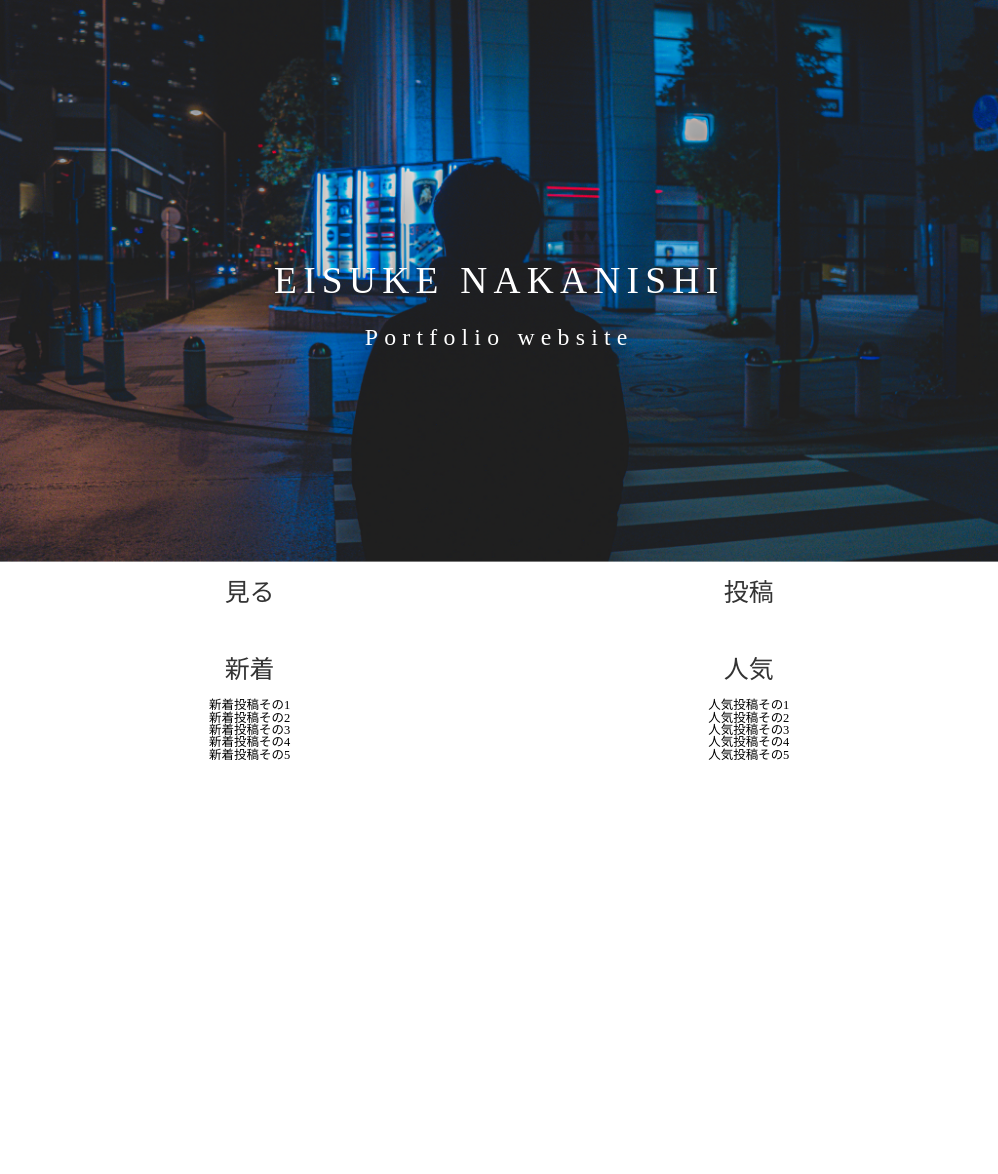
Repository: KustomApe/LandorusInc
Page: index.html
The author's editor kept a copy of each file at every save. The page is drawn from the files as they stood at one save, then again after the next save.
The browser window is 1280 px wide. The pictures show the whole page, at 78% of full size.

Above is the page before, as saved 2021-07-24 13:18:27.

After the next save:
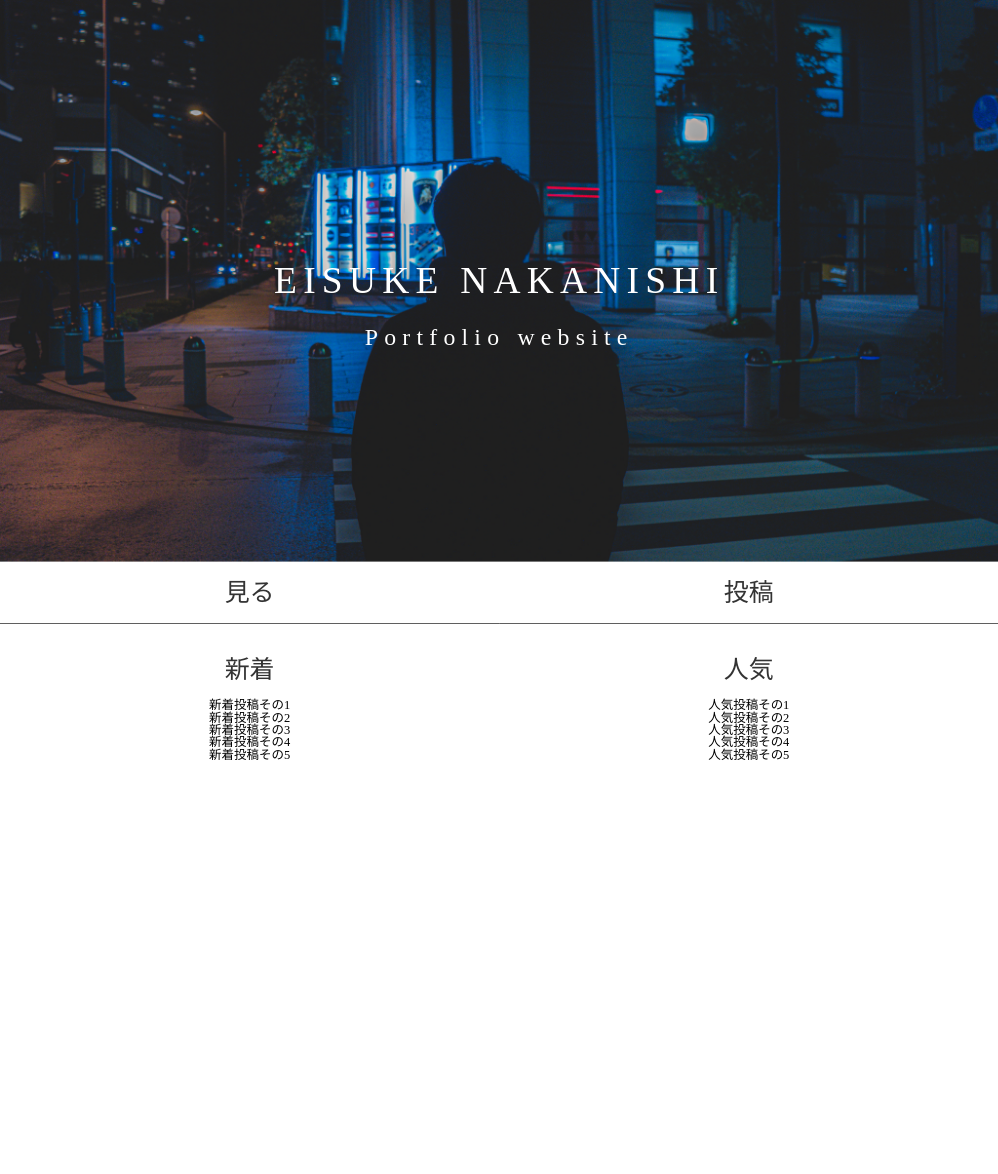
Saved 15 s later.
--- a/assets/css/style.css
+++ b/assets/css/style.css
@@ -60,6 +60,7 @@ div.contents ul#main_btn li {
     padding: 3vh 0;
     font-size: 2rem;
     color: #333;
+    border-bottom: solid 1px #333;
     text-align: center;
 }
 
